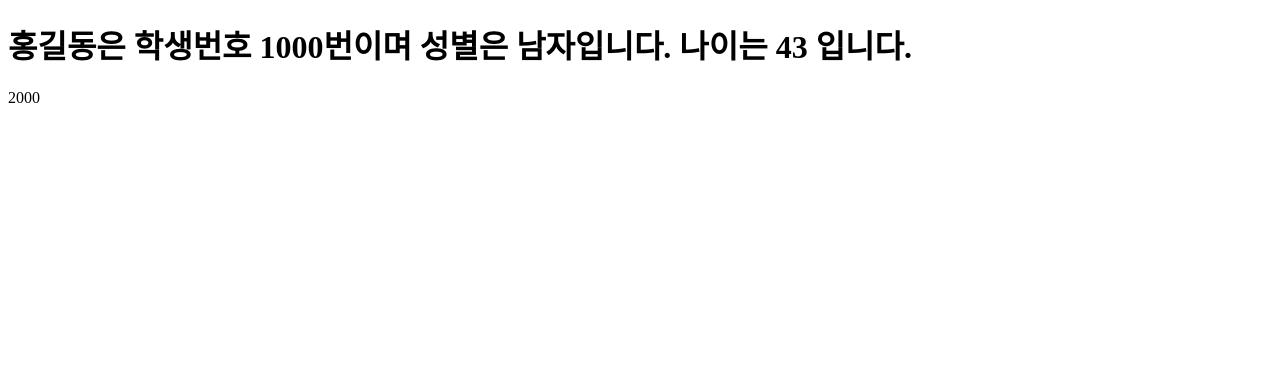
Repository: Junhee1412/back_end_practice
Page: http://localhost/jsp01_basic/jsp01_hello/student.jsp
The author's editor kept a copy of each file at every save. The page is drawn from the files as they stood at one save, then again after the next save.
The browser window is 1280 px wide. The pictures show the whole page.
The page is served by Tomcat 9.

Above is the page before, as saved 2022-12-09 03:21:26.

After the next save:
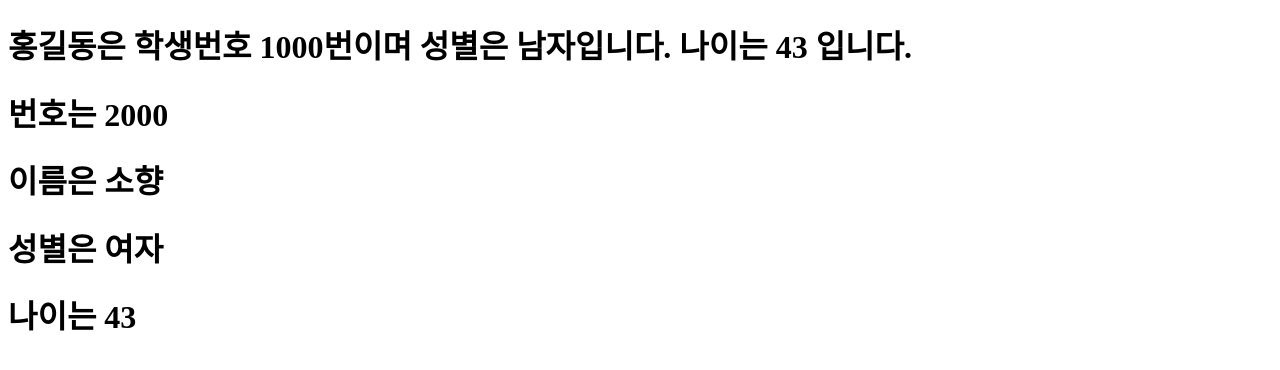
Saved 75 s later.
--- a/04.jsp/jsp01_basic/WebContent/jsp01_hello/student.jsp
+++ b/04.jsp/jsp01_basic/WebContent/jsp01_hello/student.jsp
@@ -25,11 +25,11 @@ student std = new student(1000, "홍길동", "남자", 43);
 	<h1><%= std.sname %>은 학생번호 <%= std.sno %>번이며 </hr>
 	성별은 <%= std.gender %>입니다. 나이는 <%= std.age %> 입니다.</h1>
 	<%
-		ArrayList<String> student = new ArrayList<>();
-		student.add("2000");
-		student.add("소향");
-		student.add("여자");
-		student.add("43");
+		ArrayList<String> std2 = new ArrayList<>();
+		std2.add("2000");
+		std2.add("소향");
+		std2.add("여자");
+		std2.add("43");
 	%>
 	<!-- 실습. student 객체 생성 후 학생 1명의 정보를 출력하기(h1)
 		번호 : 1000
@@ -43,6 +43,9 @@ student std = new student(1000, "홍길동", "남자", 43);
 		성별 : 여자
 		나이 : 44
 		 -->
-		 <%= student.get(0) %>
+		<h1>번호는 <%= std2.get(0) %></h1>
+		<h1>이름은 <%= std2.get(1) %></h1>
+		<h1>성별은 <%= std2.get(2) %></h1>
+		<h1>나이는 <%= std2.get(3) %></h1>
 </body>
 </html>
